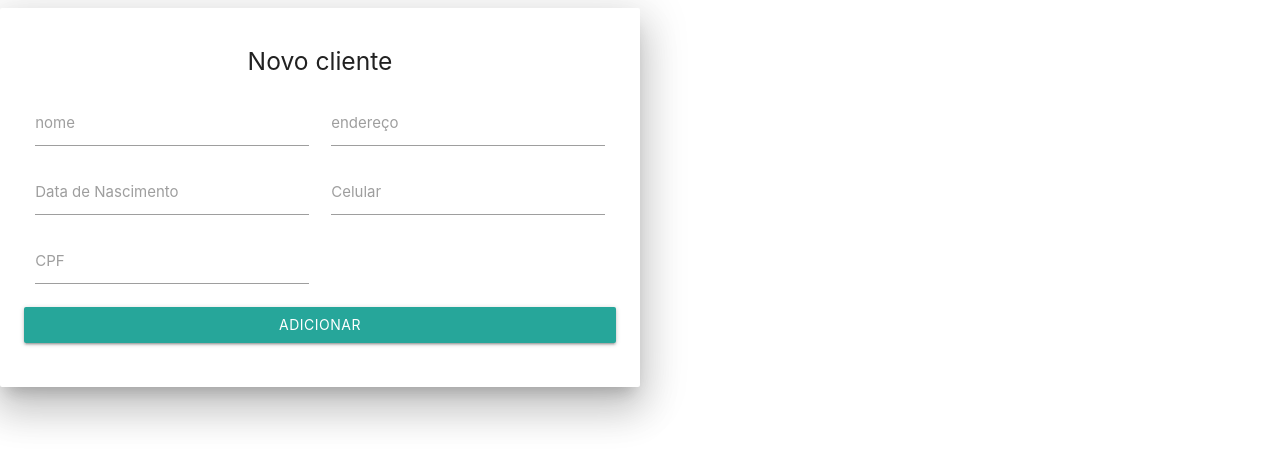
Repository: luizasilveira/TechWeb
Page: Projeto1/techWebP1/WebContent/add.html
The author's editor kept a copy of each file at every save. The page is drawn from the files as they stood at one save, then again after the next save.
The browser window is 1280 px wide. The pictures show the whole page.

Above is the page before, as saved 2019-09-08 22:02:02.

After the next save:
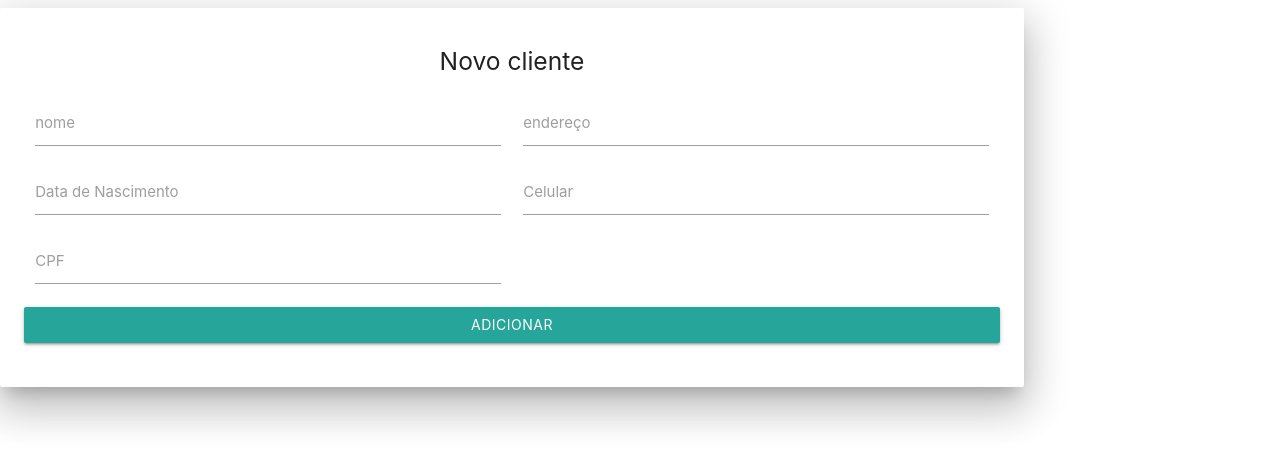
Saved 15 s later.
--- a/Projeto1/techWebP1/WebContent/add.html
+++ b/Projeto1/techWebP1/WebContent/add.html
@@ -16,7 +16,7 @@
 <style>
 body {
 	background-color: white;
-	width: 50%;
+	width: 80%;
 }
 </style>
 </head>
